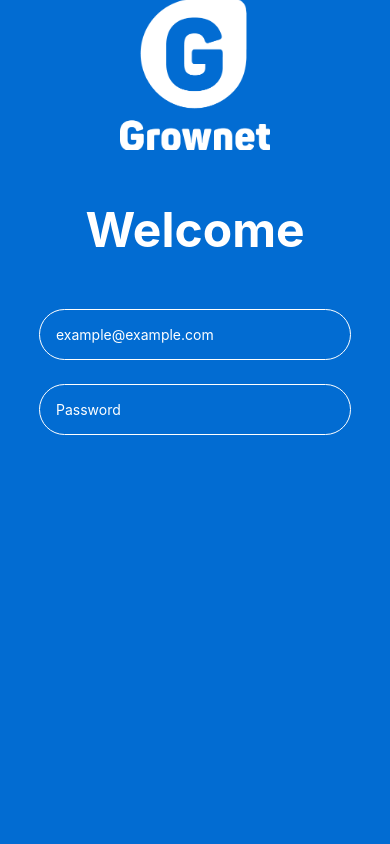
Repository: grownet-App/grownetAll
Screen: / (app in grownet-app/)
The author's editor kept a copy of each file at every save. The screen is drawn from the files as they stood at one save, then again after the next save.
The app was drawn by React Native's web renderer in a window 390 px wide. The project was rebuilt for these pictures with package versions that can differ from the ones it lists, and the page was loaded fresh each time.

Above is the screen before, as saved 2023-07-05 17:05:36.

After the next save:
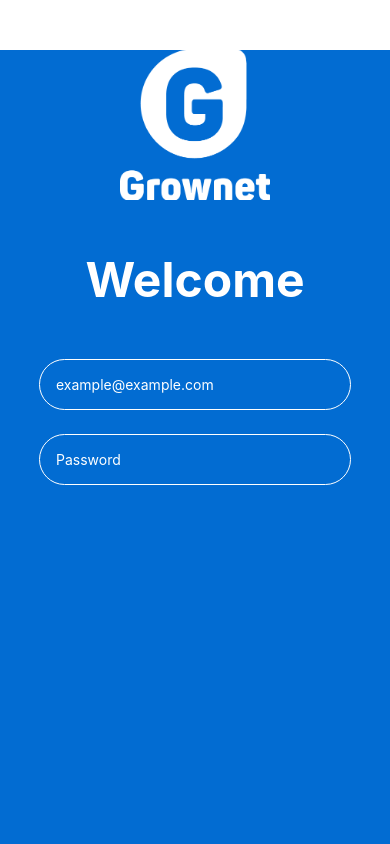
Saved 17 s later.
--- a/grownet-app/App.js
+++ b/grownet-app/App.js
@@ -28,7 +28,7 @@
     flex: 1,
     backgroundColor: '#026CD2',
     alignItems: 'center',
-    justifyContent: '',
+    marginTop: 50
   },
   welcome:{
     color: 'white',
